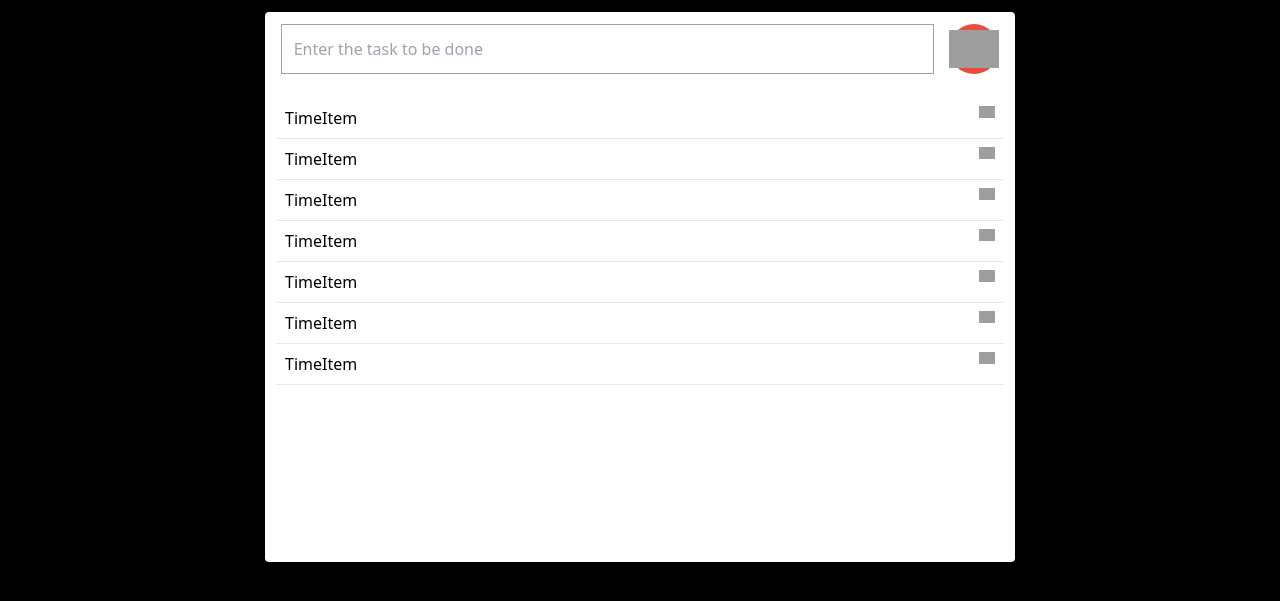
Repository: duttasayan835/todo-app-with-React-and-tailwind-CSS
Page: /, after clicking the first element matching `div.cursor-pointer`
These files come from the project's save history. The page is drawn as it stood at one moment and after the next save; the edit follows.
The browser window is 1280 px wide. The pictures show the whole page.
Pictures or frames that could not be fetched are drawn as grey boxes. The project was rebuilt for these pictures with package versions that can differ from the ones it lists, and the page was loaded fresh each time.

Above is the page before, as saved 2024-06-12 13:07:56.

After the next save:
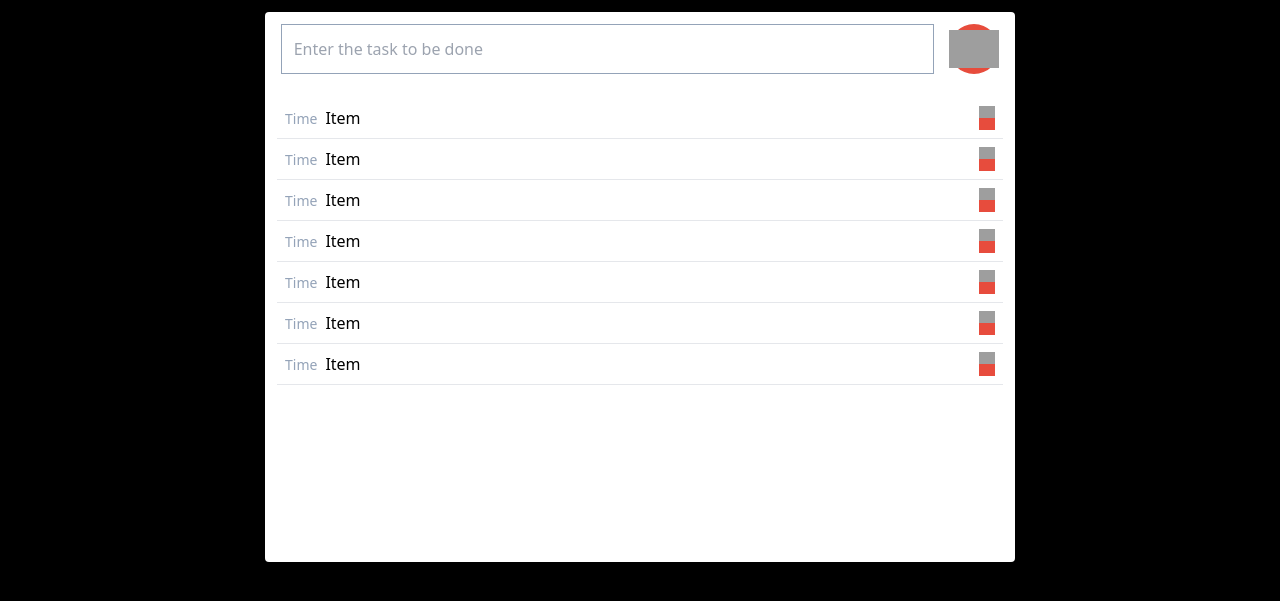
Saved 2 min 14 s later.
--- a/src/Components/Item.jsx
+++ b/src/Components/Item.jsx
@@ -4,10 +4,10 @@ export default function Item() {
   return (
     <div className="flex justify-between w-full p-2 border-b">
       <div className="">
-        <span>Time</span>
+        <span className="pr-2 text-[14px] text-slate-400">Time</span>
         <span>Item</span>
       </div>
-      <div>
+      <div className="bg-[#e74c3d]">
         <img
           className="w-4"
           src="https://icon-library.com/images/trash-icon-vector/trash-icon-vector-19.jpg"
